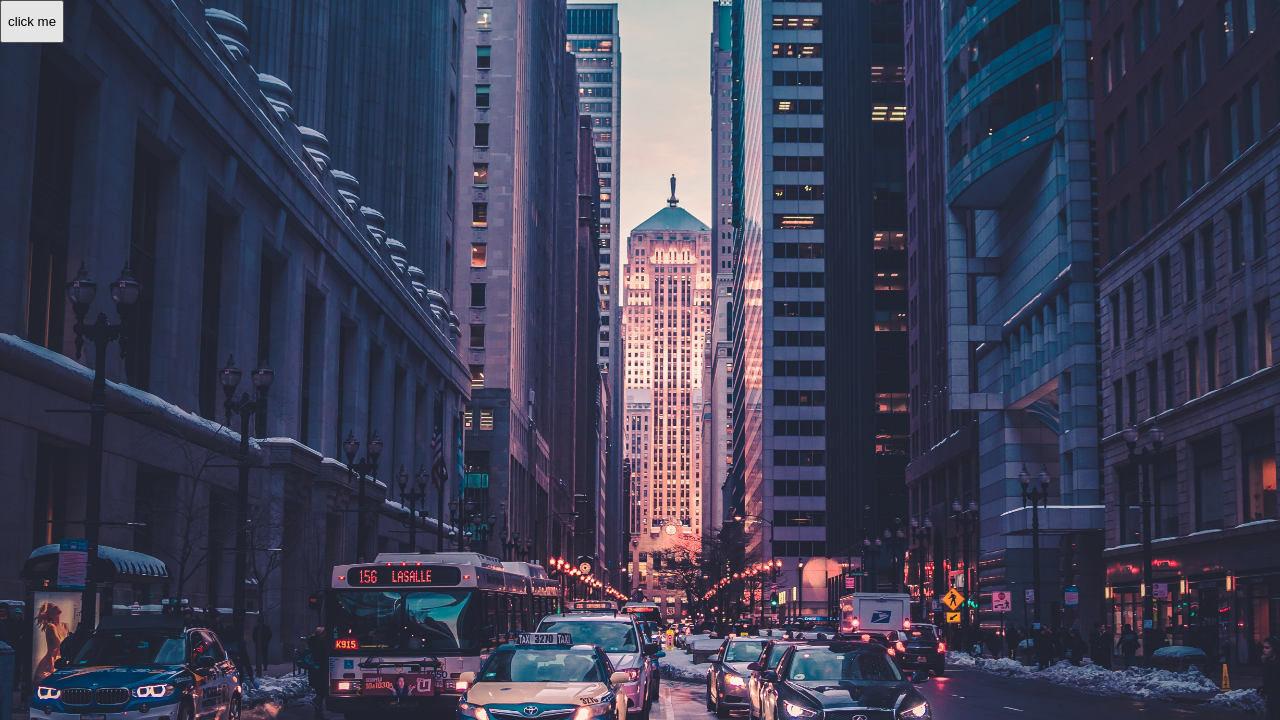
Repository: lamilekan263/random_advice
Page: /
The author's editor kept a copy of each file at every save. The page is drawn from the files as they stood at one save, then again after a run of saves.
The browser window is 1280 px wide. The pictures show the whole page.
The page's requests for data from a server got no answer. The project was rebuilt for these pictures with package versions that can differ from the ones it lists, and the page was loaded fresh each time. No one was signed in, and anything a server would have sent is missing.

Above is the page before, as saved 2020-08-10 14:13:06.

### src/App.js
import React from 'react';
import './App.css';
import axios from 'axios'

class App extends React.Component{

  state = {
    advice : ''
  }
 componentDidMount(){
    this.getAdvice()
  }

  getAdvice = ()=>{
    axios.get('https://api.adviceslip.com/advice')
    .then((response) =>{
      const { advice } = response.data.slip;
      console.log(advice)
      this.setState({ advice })
    })

  }

  render(){
    return(
      <div className="app">
        <h1> {this.state.advice}</h1>

        <button onClick = {this.getAdvice}>click me</button>
      </div>
    )
  }
}


export default App

### src/App.css
body{
  margin:0;
  padding: 0;
  background-image: url('./bg.jpg');
  background-size: cover;
  background-repeat: no-repeat;
  height:100vh;
  background-position: center;
}

.app{
  display:flex;

}

Loaded but not shown: public/index.html (common file); src/index.js (common file); src/index.css (common file); src/serviceWorker.js (common file)

After the next 3 saves:
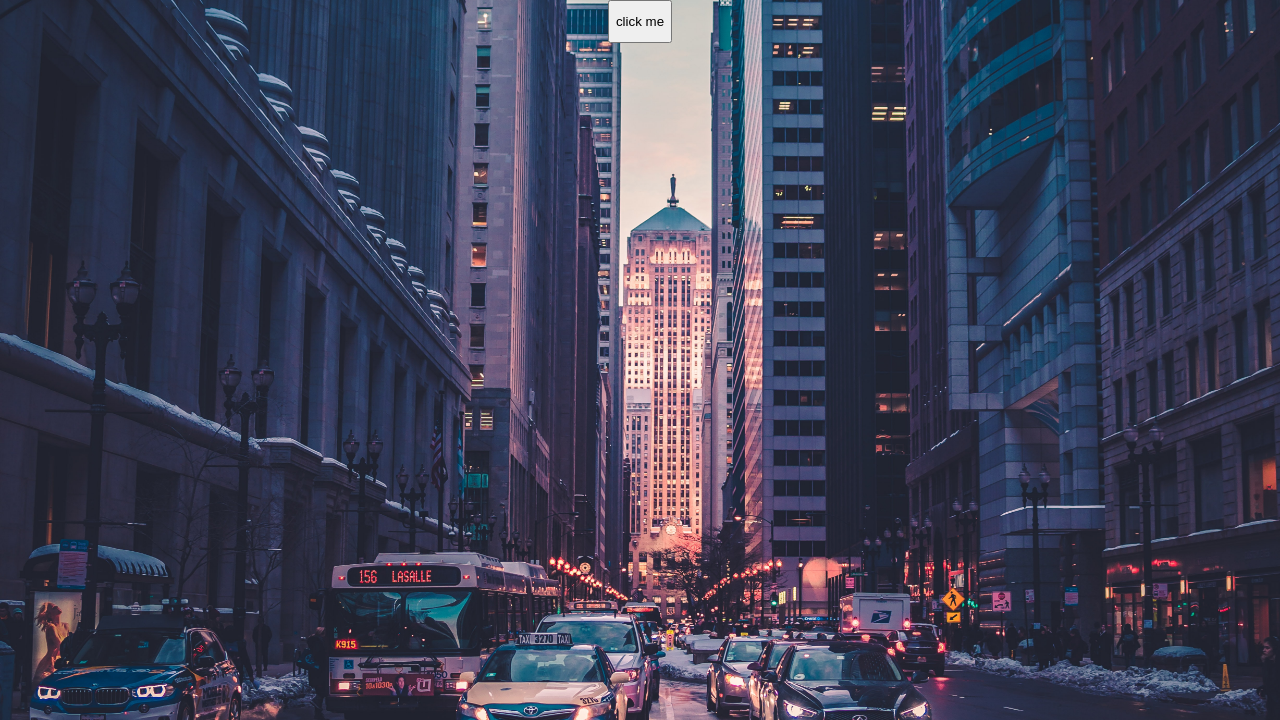
The 3 saves are shown as one change because they came seconds apart.
The last was saved 12 s later.
--- a/src/App.css
+++ b/src/App.css
@@ -10,5 +10,6 @@ body{
 
 .app{
   display:flex;
-
+  justify-content: center;
+  align
 }
